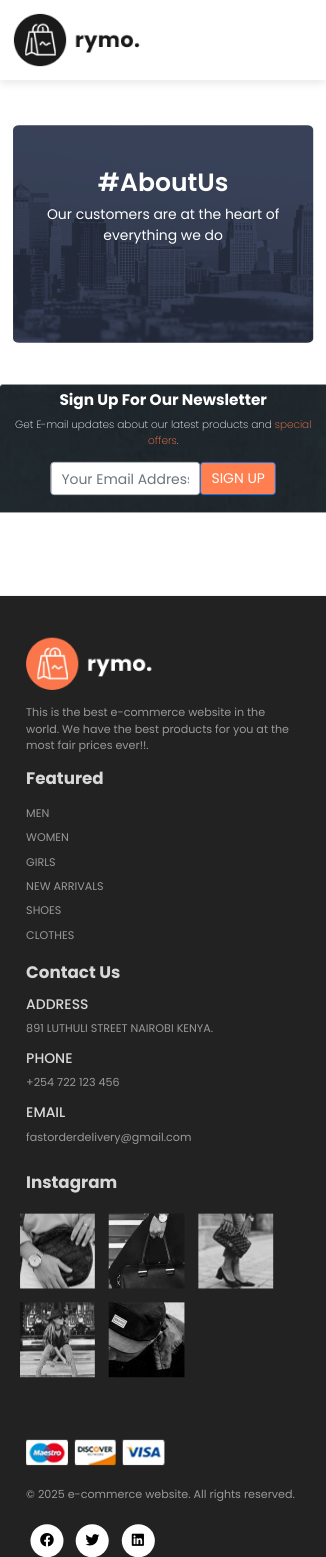
Repository: peter417waweru/e-commerce-UI
Page: contact.html
An editor plug-in stored every save of this project. The page is shown before and after the next save, followed by the edit.
The browser window is 375 px wide. The pictures show the whole page, at 87% of full size.
Some web libraries are served in a nearby version.

Above is the page before, as saved 2025-02-09 22:15:30.
Console error: TypeError: Cannot set properties of undefined (setting 'onclick')

### contact.html
<!DOCTYPE html>
<html lang="en">
    <head>

        <meta charset="UTF-8">
        <meta http-equiv="X-UA-Compatible" content="IE=edge">
        <meta name="viewport" content="width=device-width, initial-scale=1.0">
        <title>Ecommerce Website1</title>

        <link rel="stylesheet" href="https://cdn.jsdelivr.net/npm/bootstrap@4.1.3/dist/css/bootstrap.min.css"
        integrity="sha384-MCw98/SFnGE8fJT3GXwEOngsV7Zt27NXFoaoApmYm81iuXoPkFOJwJ8ERdknLPMO" crossorigin="anonymous">

        <link rel="stylesheet" href="https://pro.fontawesome.com/releases/v5.10.0/css/all.css" />

        <link rel="stylesheet" href="./style.css">
        <link rel="stylesheet" href="./about.css">
    </head>

    <body>
        <nav class="navbar navbar-expand-lg navbar-light bg-white py-3 fixed-top">
            <div class="container">
              <img src="img/logo1.png" alt="">
              <button class="navbar-toggler" type="button" data-bs-toggle="collapse" data-bs-target="#navbarSupportedContent"
              aria-controls="navbarSupportedContent" aria-expanded="false" aria-label="Toggle navigation">
                <span><i id="bar" class="fas fa-bars"></i></span>
              </button>
              <div class="collapse navbar-collapse" id="navbarSupportedContent">
                <ul class="navbar-nav ml-auto">
                  <li class="nav-item">
                    <a class="nav-link " aria-current="page" href="#">Home</a>
                  </li>
                  <li class="nav-item">
                    <a class="nav-link" aria-current="page" href="shop.html">Shop</a>
                  </li>
                  <li class="nav-item">
                    <a class="nav-link" aria-current="page" href="#">Blog</a>
                  </li>
                  <li class="nav-item">
                    <a class="nav-link active" aria-current="page" href="#">About</a>
                  </li>
                  <li class="nav-item">
                    <a class="nav-link" aria-current="page" href="#">Contact Us</a>
                  </li>
                  <li class="nav-item">
                    <i class="fal fa-search"></i>
                    <i class="fal fa-shopping-bag"></i>
                  </li>


                </ul>

              </div>
            </div>
        </nav>

        <section id="page-header" class="container mt-5 pt-5">
           <div class="about-header">
            <h2 class="text-center mt-5 pt-5">#AboutUs</h2>
            <p class="text-center">Our customers are at the heart of everything we do</p>
           </div>
        </section>

        <section id="newsletter" class="container py-5">
            <div class="row align-items-center text-center text-lg-start">
                <div class="col-lg-6 col-md-12">
                    <h4 class="mt-2">Sign Up For Our Newsletter</h4>
                    <p>Get E-mail updates about our latest products and <span>special offers</span>.</p>
                </div>
                <div class="col-lg-6 col-md-12">
                    <form class="d-flex justify-content-center justify-content-lg-end">
                        <input type="email" class="form-control w-50 me-2" placeholder="Your Email Address">
                        <button class="btn btn-primary">Sign Up</button>
                    </form>
                </div>
            </div>
        </section>

        <footer class="mt-5">
            <div class="row container mx-auto pt-5">
              <div class="footer-one col-lg-3 col-md-6 col-12">
                <img src="img/logo2.png" alt="">
                <p class="pt-3">This is the best e-commerce website in the world.
                   We have the best products for you at the most fair prices ever!!.</p>
              </div>
              <div class="footer-one col-lg-3 col-md-6 col-12">
                <h4 class="pb-2">Featured</h4>
                <ul class="text-uppercase list-unstyled">
                  <li><a href="#">men</a></li>
                  <li><a href="#">women</a></li>
                  <li><a href="#">girls</a></li>
                  <li><a href="#">new arrivals</a></li>
                  <li><a href="#">shoes</a></li>
                  <li><a href="#">clothes</a></li>
                </ul>
              </div>
              <div class="footer-one col-lg-3 col-md-6 col-12 mb-3">
                <h4 class="pb-2">Contact Us</h4>
                <div>
                  <h6 class="text-uppercase">Address</h6>
                <p>891 LUTHULI STREET NAIROBI KENYA.</p>
                </div>
                <div>
                  <h6 class="text-uppercase">Phone</h6>
                <p>+254 722 123 456</p>
                </div>
                <div>
                  <h6 class="text-uppercase">Email</h6>
                <p>fastorderdelivery@gmail.com</p>
                </div>
              </div>
              <div class="footer-one col-lg-3 col-md-6 col-12 mb-3">
                <h4 class="pb-2">Instagram</h4>
                <div class="row">
                  <img class="img-fluid w-25 h-100 m-2" src="img/insta/1.jpg" alt="">
                  <img class="img-fluid w-25 h-100 m-2" src="img/insta/2.jpg" alt="">
                  <img class="img-fluid w-25 h-100 m-2" src="img/insta/3.jpg" alt="">
                  <img class="img-fluid w-25 h-100 m-2" src="img/insta/4.jpg" alt="">
                  <img class="img-fluid w-25 h-100 m-2" src="img/insta/5.jpg" alt="">
                </div>
              </div>
            </div>
            <div class="copyright mt-5">
              <div class="row container mx-auto">
                <div class="col-lg-3 col-md-6 col-12 mb-4">
                  <img class="img-fluid" src="img/payment.png" alt="">
                </div>
                <div class="col-lg-4 col-md-6 col-12 text-nowrap mb-2">
                  <p>© 2025 e-commerce website. All rights reserved.</p>
                </div>
                <div class="col-lg-4 col-md-6 col-12">
                  <a href="#"><i class="fab fa-facebook"></i></a>
                  <a href="#"><i class="fab fa-twitter"></i></a>
                  <a href="#"><i class="fab fa-linkedin"></i></a>
                </div>
              </div>
            </div>
        </footer>
    </body>

    <script src="https://cdn.jsdelivr.net/npm/@popperjs/core@2.9.1/dist/umd/popper.min.js"
        integrity="sha384-SR1sx49pcuLnqZUnnPwx6FCym0wLsk5JZuNx2bPPENzswTNFaQU1RDvt3wT4gWFG"
        crossorigin="anonymous">
    </script>
    <script src="https://cdn.jsdelivr.net/npm/bootstrap@5.0.0-beta3/dist/js/bootstrap.min.js"
        integrity="sha384-j0CNLUeiqtyaRmlzUHCPZ+Gy5fQu0dQ6eZ/xAww941Ai1SxSY+0EQqNXNE6DZiVc"
        crossorigin="anonymous">
    </script>
    <script src="scripts.js"></script>
</html>

### style.css
@import url("https://fonts.googleapis.com/css2?family=Poppins:wght@100;200;300;400;500;600;700;800;900&display=swap");
* {
  margin: 0;
  padding: 0;
  box-sizing: border-box;
}

body {
  font-family: "Poppins", sans-serif;
}

h1 {
  font-size: 2.5rem;
  font-weight: 700;
}

h2 {
  font-size: 1.8rem;
  font-weight: 600;
}

h3 {
  font-size: 1.4rem;
  font-weight: 800;
}

h4 {
  font-size: 1.1rem;
  font-weight: 600;
}

h5 {
  font-size: 1rem;
  font-weight: 400;
  color: #1d1d1d;
}

h6 {
  color: #d8d8d8;
}

hr {
  width: 30px;
  height: 2px;
  background-color: #fb774b;
}

.star {
  padding: 10px 0;
}

.star i{
  font-size: 0.8rem;
  color: goldenrod;
}

button {
  font-size: 0.8rem;
  font-weight: 700;
  outline: none;
  border: none;
  background-color: #1d1d1d;
  color: aliceblue;
  padding: 13px 30px;
  cursor: pointer;
  text-transform: uppercase;
  transition: 0.3s ease;
}

button:hover {
  background-color: #3a3833;
}

hr {
  width: 30px;
  height: 2px;

}

.navbar {
  font-size: 16px;
  background-color: #d8d8d8;
  top: 0;
  left: 0;
  box-shadow: 0 5px 10px rgba(0, 0, 0, 0.1);
}

.navbar-light .navbar-nav .nav-link{
  padding: 0 20px;
  color: black;
  transition: 0.3s ease;
}

.navbar-light .navbar-nav .nav-link:hover,
.navbar i:hover,
.navbar-light .navbar-nav .nav-link.active,
.navbar i.active
{
  color: coral;
}



.navbar i{
  font-size: 1.2rem;
  padding: 0 7px;
  cursor: pointer;
  transition: 0.3s ease;
}

/* Mobile Nav*/


.navbar-light .navbar-toggler{
  border: none;
  outline: none;
}

#bar {
  font-size: 1.5rem;
  padding: 7px;
  cursor: pointer;
  font-weight: 500;
  color: black;
  transition: 0.3s ease;
}

#bar:hover,
#bar.active{
  color: #fff;
}

@media only screen and (max-width: 990px) {

  body > nav > div > button:hover ,
  body > nav > div > button:focus {
    background-color: #fb774b;
  }

  body > nav > div > button:hover #bar,
  body > nav > div > button:focus #bar {
    background-color: #fb774b;
  }

  #navbarSupportedContent > ul {
    margin: 1rem;
    justify-content: flex-end;
    align-items: flex-end;
    text-align: right;
  }

  #navbarSupportedContent > ul > li:nth-child(n) > a {
    padding: 10px 0;
  }
}


#home {
  background-image: url("img/back.jpg");
  width: 100%;
  height: 100vh;
  background-size: cover;
  background-position: top 70px center;
  display: flex;
  flex-direction: column;
  align-items: flex-start;
  justify-content: center;

}

#home span{
  color: coral;
}

#new .one img{
  width: 100%;
  height: 100%;
  background-position: center center;
  background-repeat: no-repeat;
  background-size: cover;
  position: relative;
}


#new .row .one .details{
  position: absolute;
  width: 100%;
  height: 100%;
  top: 0;
  left: 0;
  transition: 0.3s ease;
}

#new .row .one:hover .details{
  cursor: pointer;
  background-color: rgba(255, 178, 178, 0.8);
}

#new .row .one .details button{
 display: inline-block;
 font-size: 14px;
 font-weight: 500;
 color: #2a2a2a;
 background: none;
 text-transform: uppercase;
 border-bottom: 1px solid #2a2a2a;
 padding: 1.5px;
 transform: translateY(70px);
 transition: 0.3s ease;
}

#new .row .one .details button:hover{
  cursor: pointer;
  color: #fff;
  border-bottom: 1px solid #fff;
}

#new .row .one:nth-child(1) .details{
  display: flex;
  justify-content: center;
  flex-direction: column;
  align-items: flex-start;
  text-align: start;
}

#new .row .one:nth-child(2) .details{
  display: flex;
  justify-content: center;
  flex-direction: column;
  align-items: center;
  text-align: center;
}

#new .row .one:nth-child(3) .details{
  display: flex;
  justify-content: center;
  flex-direction: column;
  align-items: flex-end;
  text-align: end;
}

/*Products*/

.product {
  cursor: pointer;
  margin-bottom: 2rem;
}

.product img{
  transition: 0.3s all;

}

.product img:hover{
  opacity: 0.7;
}

.product .buy-btn{
  background: #fb774b;
  transform: translateY(20px);
  opacity: 0;
  transition: 0.3s all;
}
.product:hover .buy-btn{
  transform: translateY(0px);
  opacity: 1;
}

#banner {
  background-image: url("img/banner/2.jpg");
  width: 100%;
  height: 60vh;
  background-size: cover;
  background-position: top 70px center;
  background-repeat: no-repeat;
  background-attachment: fixed;
  display: flex;
  flex-direction: column;
  align-items: flex-start;
  justify-content: center;
}

#banner h4{
  color: #D8D8D8;
}

#banner h1{
  color: #D8D8D8;
}

#banner button{
  background-color: #fb774b;
}

footer{
  background-color: #222222;
}

footer h4 {
  color: #D8D8D8;
  font-size: 1.2rem;
  font-weight: 700;
}

footer li {
  padding-bottom: 4px;
}

footer li a {
  font-size: 0.8rem;
  color: #999;
}

footer li a:hover {
  color: #D8D8D8;
}

footer p{
  color: #999;
  font-size: 0.8rem;
}

footer .copyright a{
  color: #000;
  width: 38px;
  height: 38px;
  background-color: #fff;
  display: inline-block;
  text-align: center;
  line-height: 38px;
  border-radius: 50%;
  transition: 0.3s ease;
  margin: 0 5px;

}

footer .copyright a:hover{
  color: #fff;
  background-color: #fb774b;
}

### about.css
#page-header .about-header{
    background-image: url("img/about/banner.png");
    background-position: center;
    background-size: cover;
    width: 100%;
    height: 250px;
    border-radius: 2%;
}

#page-header .about-header h2,
#page-header .about-header p{
    color: #fff;
}

#about-app .video{
    width: 70%;
    height: 100%;
    margin: 30px auto 0 auto;
}

#about-app .video video{
    width: 100%;
    height: 100%;
    border-radius: 20px;
}

#newsletter .row{
    background-image: url("img/banner/1.jpg");
}

#newsletter .row h4{
    color: #fff;
    font-weight: bold;
}

#newsletter .row p{
    color: #fff;
    font-weight: 200;
    font-size: 12px;
}

#newsletter .row p span{
    color: coral;
    font-weight: 250;
}

#newsletter .row p span:hover{
    cursor: pointer;
    color: #8d8d8d;
}

#newsletter .row button{
    background-color: coral;
}

#newsletter .row button:hover{
    background-color: #8d8d8d;

}

@media (max-width: 477px){
    #newsletter .row{
        padding-bottom: 20px;
    }
}

### scripts.js
var MainImg = document.getElementById('MainImg');
var SmallImg = document.getElementsByClassName('small-img');

SmallImg[0].onclick = function(){
    MainImg.src = SmallImg[0].src;
}
SmallImg[1].onclick = function(){
    MainImg.src = SmallImg[1].src;
}
SmallImg[2].onclick = function(){
    MainImg.src = SmallImg[2].src;
}
SmallImg[3].onclick = function(){
    MainImg.src = SmallImg[3].src;
}

After the next save:
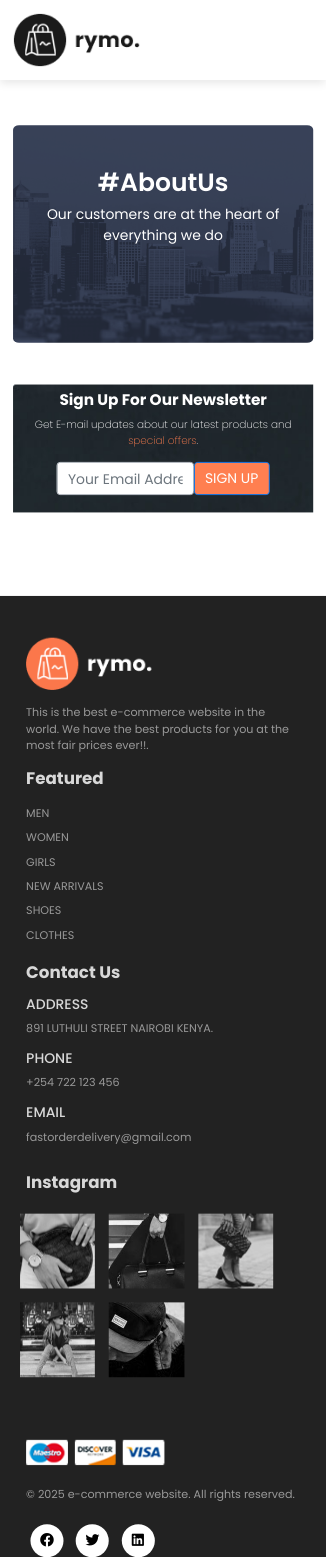
Saved 107 s later.
--- a/about.css
+++ b/about.css
@@ -60,6 +60,7 @@
 
 @media (max-width: 477px){
     #newsletter .row{
+        margin: 0 auto 0 auto;
         padding-bottom: 20px;
     }
 }
